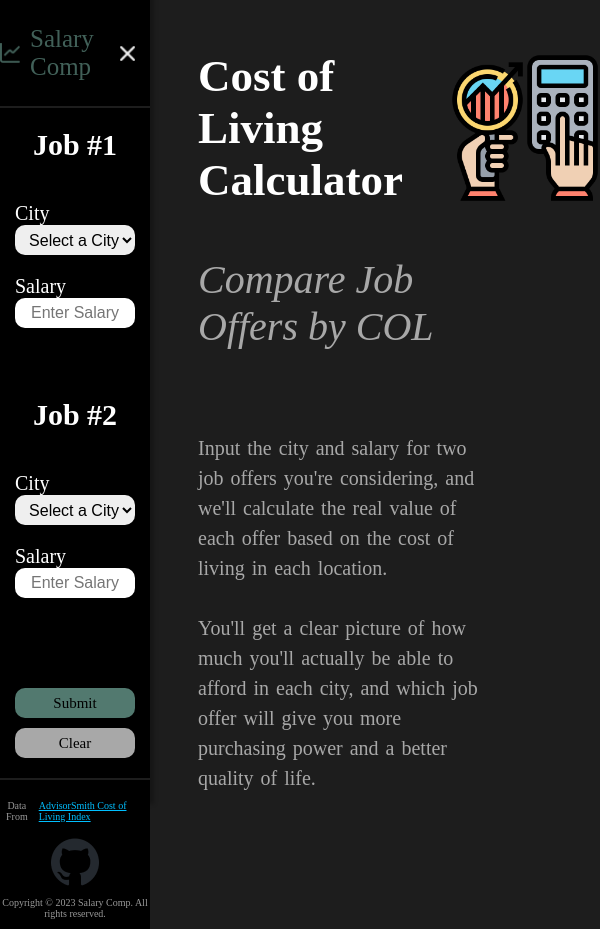
Repository: robbymcd/Salary-Comp
Page: /
These files come from the project's save history. The page is drawn as it stood at one moment and after the next save; the edit follows.
The browser window is 600 px wide. The pictures show the whole page.
Some web fonts or font styles are not loaded; a fallback is used. The project was rebuilt for these pictures with package versions that can differ from the ones it lists, and the page was loaded fresh each time. Also part of the build but not shown: src/Main.css, src/Main.js.

Above is the page before, as saved 2023-06-16 17:50:14.

After the next save:
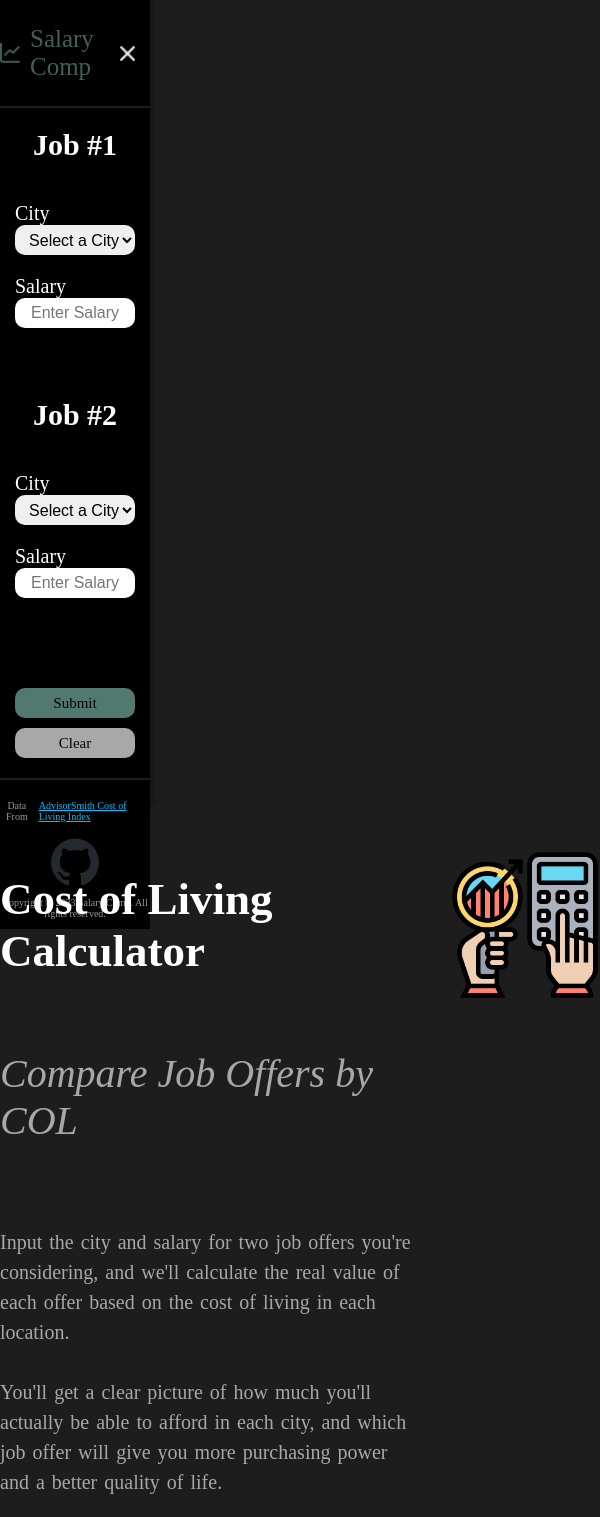
Saved 4 min 12 s later.
--- a/src/App.css
+++ b/src/App.css
@@ -5,3 +5,9 @@
     width: 100%;
     background-color: #1D1D1D;
 }
+
+@media screen and (max-width: 700px) {
+    .main {
+        flex-direction: column;
+    }
+}
